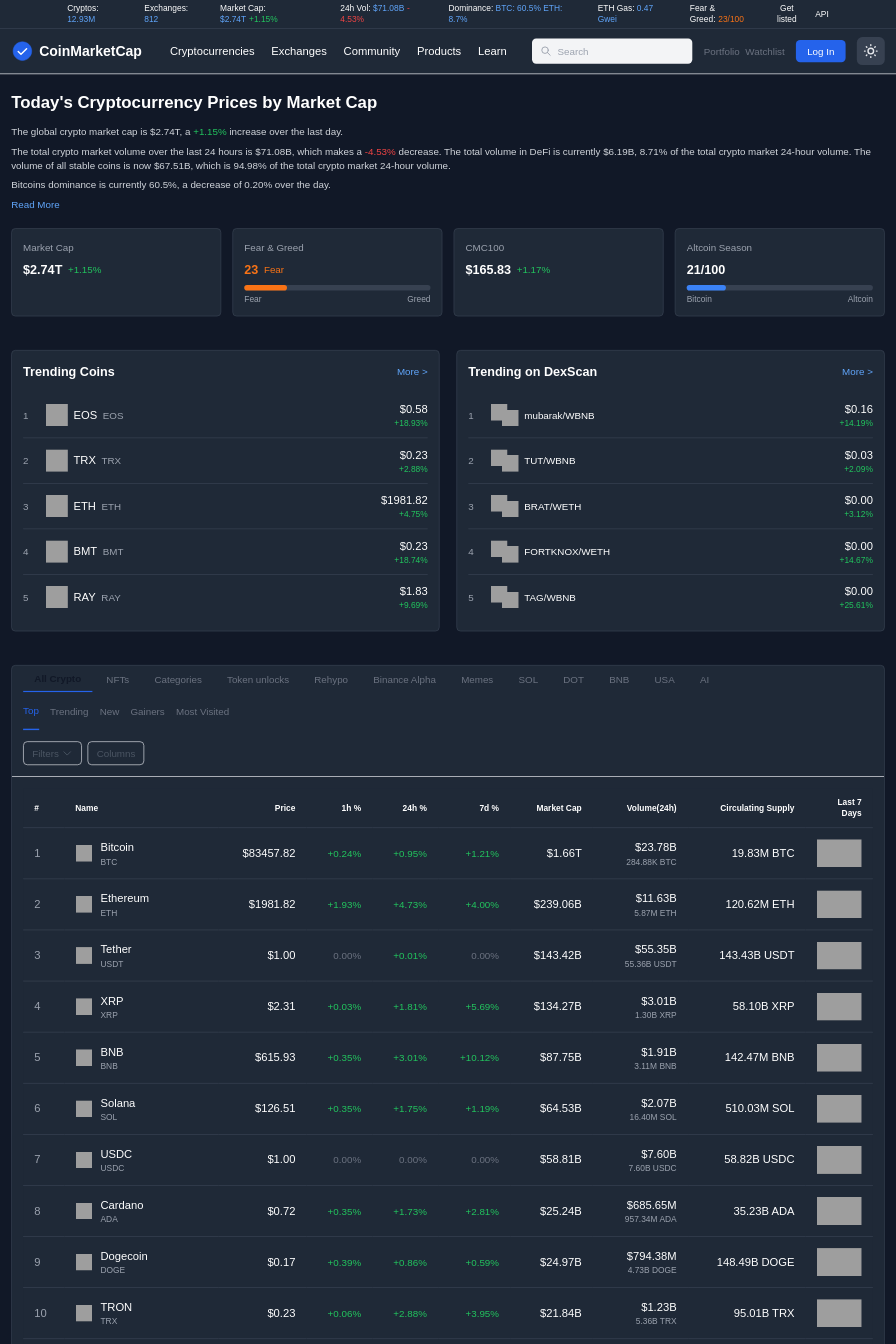
Repository: halilhaninan/testcmc
Page: /
The author's editor kept a copy of each file at every save. The page is drawn from the files as they stood at one save, then again after the next save.
The browser window is 1280 px wide. The pictures show the part of the page from y = 0 to 1920 px (the page is 2883 px tall), at 70% of full size.
Pictures or frames that could not be fetched are drawn as grey boxes. The project was rebuilt for these pictures with package versions that can differ from the ones it lists, and the page was loaded fresh each time. Also part of the build but not shown: vite.config.ts.

Above is the page before, as saved 2025-04-07 20:43:55.

### index.html
<!DOCTYPE html>
<html lang="en">

<head>
  <meta charset="UTF-8" />
  <link rel="icon" type="image/svg+xml" href="data:[embedded picture, 526 characters]" />
  <meta name="viewport" content="width=device-width, initial-scale=1.0" />
  <title>Cryptocurrency Prices, Charts, and Market Capitalizations | CoinMarketCap Clone</title>
  <meta name="description" content="A clone of CoinMarketCap - the world's most-referenced price-tracking website for cryptoassets in the rapidly growing cryptocurrency space." />
</head>

<body>
  <div id="root"></div>
  <script type="module" src="/src/main.tsx"></script>
</body>

</html>

### src/main.tsx
import { createRoot } from "react-dom/client";
import "./index.css";
import App from "./App.tsx";

const rootElement = document.getElementById("root");
if (!rootElement) {
  throw new Error("Failed to find root element");
}

createRoot(rootElement).render(<App />);

### src/index.css
@tailwind base;
@tailwind components;
@tailwind utilities;

body {
  font-family: Arial, Helvetica, sans-serif;
}

:root {
  --background: 0 0% 100%;
  --foreground: 240 10% 3.9%;
  --card: 0 0% 100%;
  --card-foreground: 240 10% 3.9%;
  --popover: 0 0% 100%;
  --popover-foreground: 240 10% 3.9%;
  --primary: 240 5.9% 10%;
  --primary-foreground: 0 0% 98%;
  --secondary: 240 4.8% 95.9%;
  --secondary-foreground: 240 5.9% 10%;
  --muted: 240 4.8% 95.9%;
  --muted-foreground: 240 3.8% 46.1%;
  --accent: 240 4.8% 95.9%;
  --accent-foreground: 240 5.9% 10%;
  --destructive: 0 84.2% 60.2%;
  --destructive-foreground: 0 0% 98%;
  --border: 240 5.9% 90%;
  --input: 240 5.9% 90%;
  --ring: 240 5.9% 10%;
  --radius: 0.5rem;
  --chart-1: 12 76% 61%;
  --chart-2: 173 58% 39%;
  --chart-3: 197 37% 24%;
  --chart-4: 43 74% 66%;
  --chart-5: 27 87% 67%;
}

.dark {
  --background: 240 10% 3.9%;
  --foreground: 0 0% 98%;
  --card: 240 10% 3.9%;
  --card-foreground: 0 0% 98%;
  --popover: 240 10% 3.9%;
  --popover-foreground: 0 0% 98%;
  --primary: 0 0% 98%;
  --primary-foreground: 240 5.9% 10%;
  --secondary: 240 3.7% 15.9%;
  --secondary-foreground: 0 0% 98%;
  --muted: 240 3.7% 15.9%;
  --muted-foreground: 240 5% 64.9%;
  --accent: 240 3.7% 15.9%;
  --accent-foreground: 0 0% 98%;
  --destructive: 0 62.8% 30.6%;
  --destructive-foreground: 0 0% 98%;
  --border: 240 3.7% 15.9%;
  --input: 240 3.7% 15.9%;
  --ring: 240 4.9% 83.9%;
  --chart-1: 220 70% 50%;
  --chart-2: 160 60% 45%;
  --chart-3: 30 80% 55%;
  --chart-4: 280 65% 60%;
  --chart-5: 340 75% 55%;
}

@layer utilities {
  .no-scrollbar::-webkit-scrollbar {
    display: none;
  }

  .no-scrollbar {
    -ms-overflow-style: none;  /* IE and Edge */
    scrollbar-width: none;  /* Firefox */
  }
}

### src/App.tsx
import React from "react";
import Header from "./components/layout/Header";
import Footer from "./components/layout/Footer";
import GlobalStats from "./components/ui/GlobalStats";
import TrendingSection from "./components/ui/TrendingSection";
import FilterTabs from "./components/ui/FilterTabs";
import CryptoTable from "./components/ui/CryptoTable";
import { ThemeProvider } from "./context/ThemeContext";

function App() {
  return (
    <ThemeProvider>
      <div className="flex min-h-screen flex-col bg-gray-50 transition-colors duration-200 dark:bg-gray-900">
        <Header />
        <main className="flex-grow">
          <GlobalStats />
          <TrendingSection />
          <div className="container mx-auto px-4 py-4">
            <div className="overflow-hidden rounded-md border border-gray-200 bg-white shadow-sm transition-colors duration-200 dark:border-gray-700 dark:bg-gray-800">
              <FilterTabs />
              <CryptoTable />
            </div>
          </div>
        </main>
        <Footer />
      </div>
    </ThemeProvider>
  );
}

export default App;

### src/components/ui/TrendingSection.tsx
import React from "react";
import { trendingCoins, trendingDexPairs } from "../../data/mockData";
import { formatCurrencyWithDecimals, getPercentClass } from "../../utils/formatters";

const TrendingSection: React.FC = () => {
  return (
    <section className="container mx-auto mb-8 px-4">
      <div className="flex flex-col gap-6 md:flex-row">
        {/* Trending Coins Card */}
        <div className="w-full rounded-md border border-gray-200 bg-white p-4 dark:border-gray-700 dark:bg-gray-800 md:w-1/2">
          <div className="mb-4 flex items-center justify-between">
            <h2 className="text-lg font-bold text-gray-900 dark:text-white">Trending Coins</h2>
            <a href="#" className="text-sm text-blue-600 hover:underline dark:text-blue-400">
              More &gt;
            </a>
          </div>

          <div className="divide-y divide-gray-100 dark:divide-gray-700">
            {trendingCoins.map((coin, index) => (
              <div key={coin.id} className="flex items-center py-3">
                <div className="w-6 text-sm text-gray-500 dark:text-gray-400">{index + 1}</div>
                <div className="mx-2 h-8 w-8">
                  <img src={coin.logo} alt={coin.name} className="h-full w-full" />
                </div>
                <div className="flex-1">
                  <div className="flex items-center">
                    <span className="font-medium text-gray-900 dark:text-white">{coin.name}</span>
                    <span className="ml-2 text-sm text-gray-500 dark:text-gray-400">
                      {coin.symbol}
                    </span>
                  </div>
                </div>
                <div className="flex flex-col items-end">
                  <span className="font-medium text-gray-900 dark:text-white">
                    {formatCurrencyWithDecimals(coin.price)}
                  </span>
                  <span className={`text-xs ${getPercentClass(coin.percentChange24h)}`}>
                    {coin.percentChange24h > 0 ? "+" : ""}
                    {coin.percentChange24h.toFixed(2)}%
                  </span>
                </div>
              </div>
            ))}
          </div>
        </div>

        {/* Trending on DexScan Card */}
        <div className="w-full rounded-md border border-gray-200 bg-white p-4 dark:border-gray-700 dark:bg-gray-800 md:w-1/2">
          <div className="mb-4 flex items-center justify-between">
            <h2 className="text-lg font-bold text-gray-900 dark:text-white">Trending on DexScan</h2>
            <a href="#" className="text-sm text-blue-600 hover:underline dark:text-blue-400">
              More &gt;
            </a>
          </div>

          <div className="divide-y divide-gray-100 dark:divide-gray-700">
            {trendingDexPairs.map((pair, index) => (
              <div key={pair.id} className="flex items-center py-3">
                <div className="w-6 text-sm text-gray-500 dark:text-gray-400">{index + 1}</div>
                <div className="relative mx-2 h-8 w-10">
                  <img
                    src={pair.token1Logo}
                    alt="Token 1"
                    className="absolute left-0 top-0 h-6 w-6"
                  />
                  <img
                    src={pair.token2Logo}
                    alt="Token 2"
                    className="absolute bottom-0 right-0 h-6 w-6"
                  />
                </div>
                <div className="flex-1">
                  <div className="flex items-center">
                    <span className="text-sm font-medium text-gray-900 dark:text-white">
                      {pair.name}
                    </span>
                  </div>
                </div>
                <div className="flex flex-col items-end">
                  <span className="font-medium text-gray-900 dark:text-white">
                    {formatCurrencyWithDecimals(pair.price)}
                  </span>
                  <span className={`text-xs ${getPercentClass(pair.percentChange24h)}`}>
                    {pair.percentChange24h > 0 ? "+" : ""}
                    {pair.percentChange24h.toFixed(2)}%
                  </span>
                </div>
              </div>
            ))}
          </div>
        </div>
      </div>
    </section>
  );
};

export default TrendingSection;

### src/components/ui/FilterTabs.tsx
import React, { useState } from 'react';

const FilterTabs: React.FC = () => {
  const [activeTab, setActiveTab] = useState('top');

  const tabs = [
    { id: 'top', label: 'Top' },
    { id: 'trending', label: 'Trending' },
    { id: 'new', label: 'New' },
    { id: 'gainers', label: 'Gainers' },
    { id: 'mostVisited', label: 'Most Visited' }
  ];

  return (
    <div className="border-b border-gray-200 mb-4">
      <div className="container mx-auto px-4">
        {/* Main Category Tabs */}
        <div className="flex overflow-x-auto no-scrollbar space-x-1 text-sm">
          <button className="px-4 py-2 font-semibold text-gray-900 border-b-2 border-blue-600">
            All Crypto
          </button>
          <button className="px-4 py-2 text-gray-500 hover:text-gray-900">
            NFTs
          </button>
          <button className="px-4 py-2 text-gray-500 hover:text-gray-900">
            Categories
          </button>
          <button className="px-4 py-2 text-gray-500 hover:text-gray-900">
            Token unlocks
          </button>
          <button className="px-4 py-2 text-gray-500 hover:text-gray-900">
            Rehypo
          </button>
          <button className="px-4 py-2 text-gray-500 hover:text-gray-900">
            Binance Alpha
          </button>
          <button className="px-4 py-2 text-gray-500 hover:text-gray-900">
            Memes
          </button>
          <button className="px-4 py-2 text-gray-500 hover:text-gray-900">
            SOL
          </button>
          <button className="px-4 py-2 text-gray-500 hover:text-gray-900">
            DOT
          </button>
          <button className="px-4 py-2 text-gray-500 hover:text-gray-900">
            BNB
          </button>
          <button className="px-4 py-2 text-gray-500 hover:text-gray-900">
            USA
          </button>
          <button className="px-4 py-2 text-gray-500 hover:text-gray-900">
            AI
          </button>
        </div>

        {/* Subcategory Tabs */}
        <div className="flex space-x-4 mt-4">
          {tabs.map(tab => (
            <button
              key={tab.id}
              className={`pb-4 text-sm font-medium transition-colors relative ${
                activeTab === tab.id
                  ? 'text-blue-600 border-b-2 border-blue-600'
                  : 'text-gray-500 hover:text-gray-900'
              }`}
              onClick={() => setActiveTab(tab.id)}
            >
              {tab.label}
            </button>
          ))}
        </div>

        {/* Filter Buttons */}
        <div className="flex justify-between items-center py-4">
          <div className="flex space-x-2">
            <button className="py-1.5 px-3 text-sm text-gray-600 border border-gray-300 rounded-md hover:bg-gray-50 flex items-center">
              <span>Filters</span>
              <svg className="w-4 h-4 ml-1" fill="none" viewBox="0 0 24 24" stroke="currentColor">
                <path strokeLinecap="round" strokeLinejoin="round" strokeWidth="2" d="M19 9l-7 7-7-7" />
              </svg>
            </button>
            <button className="py-1.5 px-3 text-sm text-gray-600 border border-gray-300 rounded-md hover:bg-gray-50">
              Columns
            </button>
          </div>
        </div>
      </div>
    </div>
  );
};

export default FilterTabs;

### src/context/ThemeContext.tsx
import React, { createContext, useContext, useState, useEffect } from "react";

type ThemeContextType = {
  isDarkMode: boolean;
  toggleTheme: () => void;
};

const ThemeContext = createContext<ThemeContextType | undefined>(undefined);

export const ThemeProvider: React.FC<{ children: React.ReactNode }> = ({ children }) => {
  const [isDarkMode, setIsDarkMode] = useState<boolean>(() => {
    // Varsayılan olarak dark mode'u aktif et
    return true;
  });

  useEffect(() => {
    if (isDarkMode) {
      document.documentElement.classList.add("dark");
    } else {
      document.documentElement.classList.remove("dark");
    }
  }, [isDarkMode]);

  const toggleTheme = () => {
    setIsDarkMode(!isDarkMode);
  };

  return (
    <ThemeContext.Provider value={{ isDarkMode, toggleTheme }}>{children}</ThemeContext.Provider>
  );
};

export const useTheme = () => {
  const context = useContext(ThemeContext);
  if (context === undefined) {
    throw new Error("useTheme must be used within a ThemeProvider");
  }
  return context;
};

### src/utils/formatters.ts
/**
 * Format large numbers to a readable format with abbreviations (K, M, B, T)
 */
export const formatNumber = (num: number): string => {
  if (num === undefined || num === null) return "N/A";

  if (num >= 1e12) {
    return (num / 1e12).toFixed(2) + 'T';
  } else if (num >= 1e9) {
    return (num / 1e9).toFixed(2) + 'B';
  } else if (num >= 1e6) {
    return (num / 1e6).toFixed(2) + 'M';
  } else if (num >= 1e3) {
    return (num / 1e3).toFixed(2) + 'K';
  } else {
    return num.toFixed(2);
  }
};

/**
 * Format a number as a currency with $ prefix
 */
export const formatCurrency = (num: number): string => {
  if (num === undefined || num === null) return "N/A";

  if (num >= 1e12) {
    return '$' + (num / 1e12).toFixed(2) + 'T';
  } else if (num >= 1e9) {
    return '$' + (num / 1e9).toFixed(2) + 'B';
  } else if (num >= 1e6) {
    return '$' + (num / 1e6).toFixed(2) + 'M';
  } else if (num >= 1e3) {
    return '$' + (num / 1e3).toFixed(2) + 'K';
  } else {
    return '$' + num.toFixed(2);
  }
};

/**
 * Format a number as a currency with $ prefix and maximum decimals
 */
export const formatCurrencyWithDecimals = (num: number, decimals = 2): string => {
  if (num === undefined || num === null) return "N/A";

  // For small numbers (stablecoins), show more decimals
  if (num < 1 && num > 0) {
    return '$' + num.toFixed(Math.min(6, decimals));
  }

  // For normal numbers
  return '$' + num.toFixed(decimals);
};

/**
 * Format a percentage with % suffix and color
 */
export const formatPercent = (num: number): string => {
  if (num === undefined || num === null) return "N/A";
  return (num > 0 ? '+' : '') + num.toFixed(2) + '%';
};

/**
 * Format supply numbers
 */
export const formatSupply = (num: number, symbol: string): string => {
  if (num === undefined || num === null) return "N/A";

  if (num >= 1e12) {
    return (num / 1e12).toFixed(2) + 'T ' + symbol;
  } else if (num >= 1e9) {
    return (num / 1e9).toFixed(2) + 'B ' + symbol;
  } else if (num >= 1e6) {
    return (num / 1e6).toFixed(2) + 'M ' + symbol;
  } else if (num >= 1e3) {
    return (num / 1e3).toFixed(2) + 'K ' + symbol;
  } else {
    return num.toFixed(2) + ' ' + symbol;
  }
};

/**
 * Get CSS class for positive or negative percentage
 */
export const getPercentClass = (percent: number): string => {
  if (percent > 0) {
    return 'text-green-500';
  } else if (percent < 0) {
    return 'text-red-500';
  } else {
    return 'text-gray-500';
  }
};

Loaded but not shown: tailwind.config.js (118 lines, source omitted); src/components/layout/Footer.tsx (269 lines, source omitted); src/components/layout/Header.tsx (207 lines, source omitted); src/data/mockData.ts (340 lines, source omitted); src/components/ui/CryptoTable.tsx (126 lines, source omitted); src/components/ui/GlobalStats.tsx (109 lines, source omitted)

After the next save:
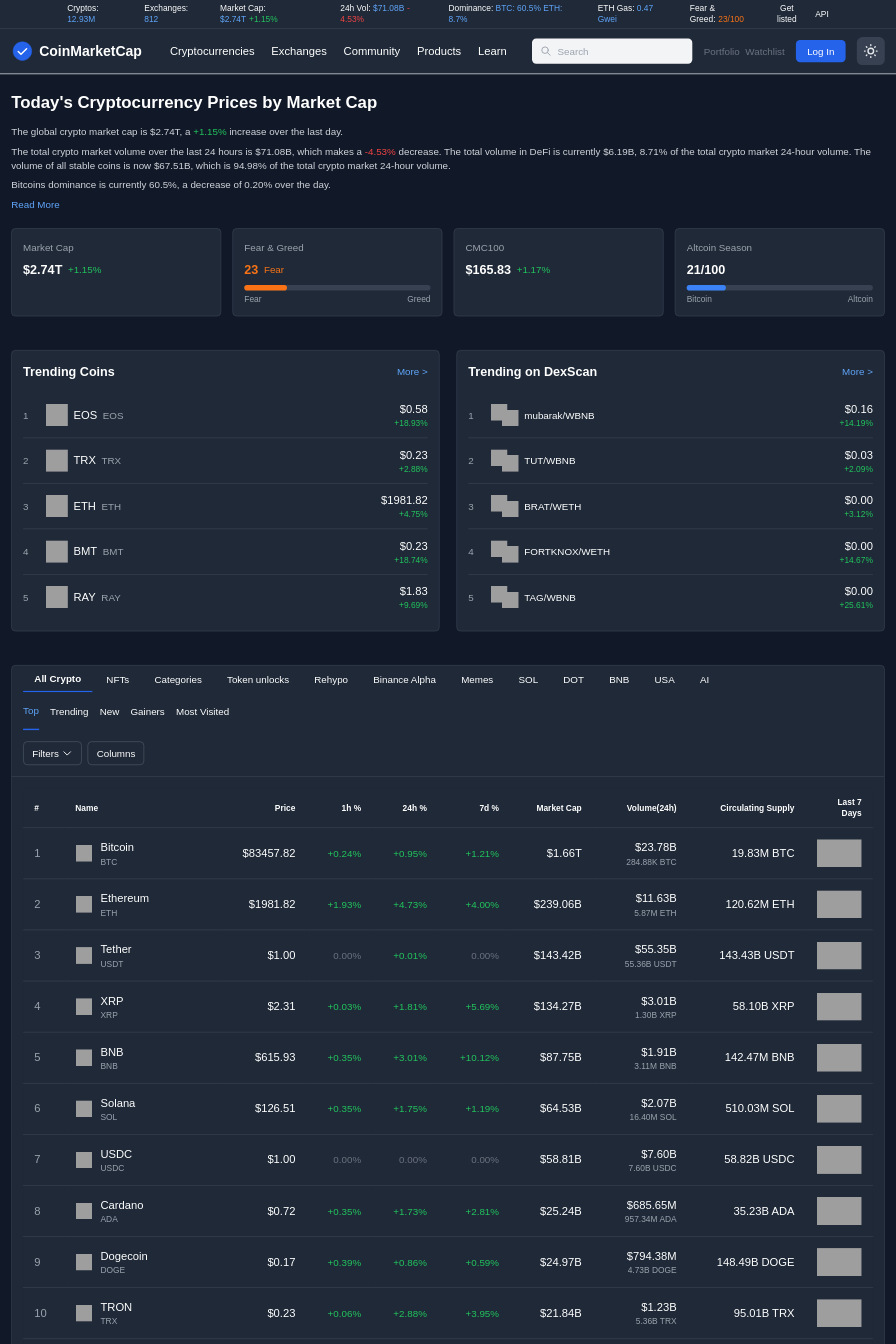
Saved 84 s later.
--- a/src/components/ui/FilterTabs.tsx
+++ b/src/components/ui/FilterTabs.tsx
@@ -1,68 +1,68 @@
-import React, { useState } from 'react';
+import React, { useState } from "react";
 
 const FilterTabs: React.FC = () => {
-  const [activeTab, setActiveTab] = useState('top');
+  const [activeTab, setActiveTab] = useState("top");
 
   const tabs = [
-    { id: 'top', label: 'Top' },
-    { id: 'trending', label: 'Trending' },
-    { id: 'new', label: 'New' },
-    { id: 'gainers', label: 'Gainers' },
-    { id: 'mostVisited', label: 'Most Visited' }
+    { id: "top", label: "Top" },
+    { id: "trending", label: "Trending" },
+    { id: "new", label: "New" },
+    { id: "gainers", label: "Gainers" },
+    { id: "mostVisited", label: "Most Visited" },
   ];
 
   return (
-    <div className="border-b border-gray-200 mb-4">
+    <div className="mb-4 border-b border-gray-200 dark:border-gray-700">
       <div className="container mx-auto px-4">
         {/* Main Category Tabs */}
-        <div className="flex overflow-x-auto no-scrollbar space-x-1 text-sm">
-          <button className="px-4 py-2 font-semibold text-gray-900 border-b-2 border-blue-600">
+        <div className="no-scrollbar flex space-x-1 overflow-x-auto text-sm">
+          <button className="border-b-2 border-blue-600 px-4 py-2 font-semibold text-gray-900 dark:text-white">
             All Crypto
           </button>
-          <button className="px-4 py-2 text-gray-500 hover:text-gray-900">
+          <button className="px-4 py-2 text-gray-500 hover:text-gray-900 dark:text-white dark:hover:text-blue-400">
             NFTs
           </button>
-          <button className="px-4 py-2 text-gray-500 hover:text-gray-900">
+          <button className="px-4 py-2 text-gray-500 hover:text-gray-900 dark:text-white dark:hover:text-blue-400">
             Categories
           </button>
-          <button className="px-4 py-2 text-gray-500 hover:text-gray-900">
+          <button className="px-4 py-2 text-gray-500 hover:text-gray-900 dark:text-white dark:hover:text-blue-400">
             Token unlocks
           </button>
-          <button className="px-4 py-2 text-gray-500 hover:text-gray-900">
+          <button className="px-4 py-2 text-gray-500 hover:text-gray-900 dark:text-white dark:hover:text-blue-400">
             Rehypo
           </button>
-          <button className="px-4 py-2 text-gray-500 hover:text-gray-900">
+          <button className="px-4 py-2 text-gray-500 hover:text-gray-900 dark:text-white dark:hover:text-blue-400">
             Binance Alpha
           </button>
-          <button className="px-4 py-2 text-gray-500 hover:text-gray-900">
+          <button className="px-4 py-2 text-gray-500 hover:text-gray-900 dark:text-white dark:hover:text-blue-400">
             Memes
           </button>
-          <button className="px-4 py-2 text-gray-500 hover:text-gray-900">
+          <button className="px-4 py-2 text-gray-500 hover:text-gray-900 dark:text-white dark:hover:text-blue-400">
             SOL
           </button>
-          <button className="px-4 py-2 text-gray-500 hover:text-gray-900">
+          <button className="px-4 py-2 text-gray-500 hover:text-gray-900 dark:text-white dark:hover:text-blue-400">
             DOT
           </button>
-          <button className="px-4 py-2 text-gray-500 hover:text-gray-900">
+          <button className="px-4 py-2 text-gray-500 hover:text-gray-900 dark:text-white dark:hover:text-blue-400">
             BNB
           </button>
-          <button className="px-4 py-2 text-gray-500 hover:text-gray-900">
+          <button className="px-4 py-2 text-gray-500 hover:text-gray-900 dark:text-white dark:hover:text-blue-400">
             USA
           </button>
-          <button className="px-4 py-2 text-gray-500 hover:text-gray-900">
+          <button className="px-4 py-2 text-gray-500 hover:text-gray-900 dark:text-white dark:hover:text-blue-400">
             AI
           </button>
         </div>
 
         {/* Subcategory Tabs */}
-        <div className="flex space-x-4 mt-4">
-          {tabs.map(tab => (
+        <div className="mt-4 flex space-x-4">
+          {tabs.map((tab) => (
             <button
               key={tab.id}
-              className={`pb-4 text-sm font-medium transition-colors relative ${
+              className={`relative pb-4 text-sm font-medium transition-colors ${
                 activeTab === tab.id
-                  ? 'text-blue-600 border-b-2 border-blue-600'
-                  : 'text-gray-500 hover:text-gray-900'
+                  ? "border-b-2 border-blue-600 text-blue-600 dark:text-blue-400"
+                  : "text-gray-500 hover:text-gray-900 dark:text-white dark:hover:text-blue-400"
               }`}
               onClick={() => setActiveTab(tab.id)}
             >
@@ -72,15 +72,20 @@
         </div>
 
         {/* Filter Buttons */}
-        <div className="flex justify-between items-center py-4">
+        <div className="flex items-center justify-between py-4">
           <div className="flex space-x-2">
-            <button className="py-1.5 px-3 text-sm text-gray-600 border border-gray-300 rounded-md hover:bg-gray-50 flex items-center">
+            <button className="flex items-center rounded-md border border-gray-300 px-3 py-1.5 text-sm text-gray-600 hover:bg-gray-50 dark:border-gray-600 dark:text-white dark:hover:bg-gray-700">
               <span>Filters</span>
-              <svg className="w-4 h-4 ml-1" fill="none" viewBox="0 0 24 24" stroke="currentColor">
-                <path strokeLinecap="round" strokeLinejoin="round" strokeWidth="2" d="M19 9l-7 7-7-7" />
+              <svg className="ml-1 h-4 w-4" fill="none" viewBox="0 0 24 24" stroke="currentColor">
+                <path
+                  strokeLinecap="round"
+                  strokeLinejoin="round"
+                  strokeWidth="2"
+                  d="M19 9l-7 7-7-7"
+                />
               </svg>
             </button>
-            <button className="py-1.5 px-3 text-sm text-gray-600 border border-gray-300 rounded-md hover:bg-gray-50">
+            <button className="rounded-md border border-gray-300 px-3 py-1.5 text-sm text-gray-600 hover:bg-gray-50 dark:border-gray-600 dark:text-white dark:hover:bg-gray-700">
               Columns
             </button>
           </div>
